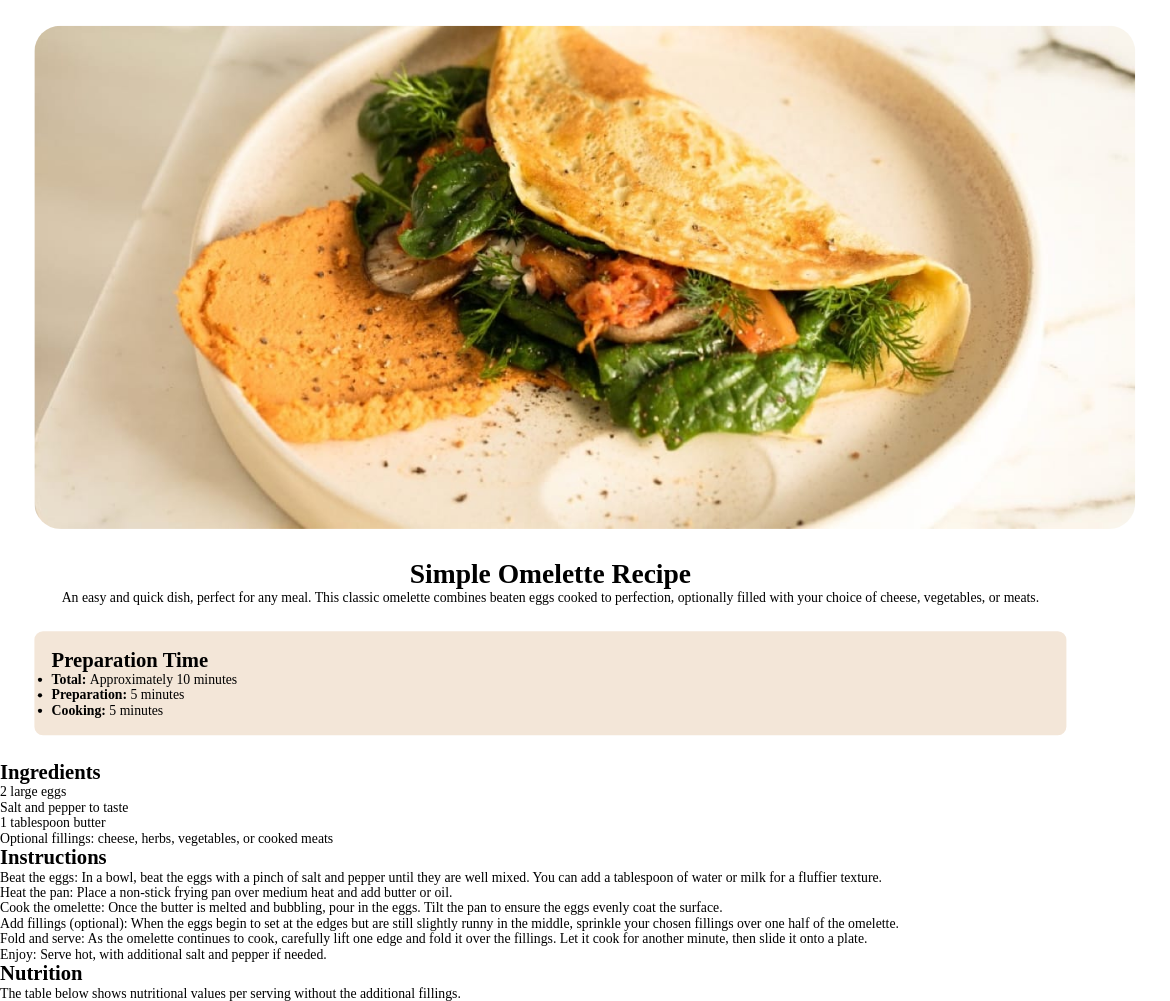
Repository: akbasliogulcan/omletterecipe
Page: index.html
These files come from the project's save history. The page is drawn as it stood at one moment and after the next save; the edit follows.
The browser window is 1280 px wide. The page is 1360 px wide, so the pictures cover 1360 px, including what lies to the right of the window. The pictures show the whole page, at 86% of full size.

Above is the page before, as saved 2025-07-20 17:39:15.

### index.html
<!DOCTYPE html>
<html lang="en">

<head>
  <meta charset="UTF-8">
  <meta name="viewport" content="width=device-width, initial-scale=1.0">
  <title>simple omelette recipe</title>
  <link rel="stylesheet" href="style.css">
</head>

<body>

  <div class="simple">
    <div class="add">
      <div class="omelette"> <img src="./assets/images/image-omelette.jpeg" alt="omlette-icon">
        <h1> Simple Omelette Recipe</h1>
        <p>An easy and quick dish, perfect for any meal. This classic omelette combines beaten eggs cooked
          to perfection, optionally filled with your choice of cheese, vegetables, or meats.
        </p>
      </div>

      <div class="preparation">
        <h2>Preparation Time</h2>
        <ul>
          <li> <span>Total: </span>Approximately 10 minutes
          </li>
          <li> <span>Preparation: </span>5 minutes</li>
          <li> <span>Cooking: </span>5 minutes</li>

        </ul>
      </div>

      <div class="ingredients">
        <h2>Ingredients</h2>
        <ul>
          <li>2 large eggs</li>
          <li>Salt and pepper to taste</li>
          <li>1 tablespoon butter</li>
          <li>Optional fillings: cheese, herbs, vegetables, or cooked meats</li>
        </ul>
      </div>
      <div class="seperation"></div>

      <div class="instructions">
        <h2>Instructions</h2>
        <ol>
          <li><span>Beat the eggs: </span>In a bowl, beat the eggs with a pinch of salt and pepper until they are well
            mixed.
            You can add a tablespoon of water or milk for a fluffier texture.</li>
          <li><span>Heat the pan: </span>Place a non-stick frying pan over medium heat and add butter or oil.
          </li>
          <li>
            <span>Cook the omelette: </span>Once the butter is melted and bubbling, pour in the eggs. Tilt the pan to
            ensure
            the eggs evenly coat the surface.
          </li>
          <li>
            <span></span>Add fillings (optional): </span>When the eggs begin to set at the edges but are still slightly
            runny in the
            middle, sprinkle your chosen fillings over one half of the omelette.
          </li>
          <li>
            <span> Fold and serve:</span>
            As the omelette continues to cook, carefully lift one edge and fold it over the
            fillings. Let it cook for another minute, then slide it onto a plate.
          </li>
          <li><span> Enjoy:</span> Serve hot, with additional salt and pepper if needed.
          </li>
        </ol>
      </div>
      <div class="seperation"></div>

      <div class="nutrition">
        <div>
          <h2>Nutrition</h2>
          <p> The table below shows nutritional values per serving without the additional fillings.
          </p>
        </div>
      </div>
    </div>
  </div>



</body>

</html>

### style.css
* {
  margin: 0;
  padding: 0;
  box-sizing: border-box;
}

.omelette img {
  max-width: 100%;
  height: auto;
  border-radius: 30px;
  margin: 30px 40px;
}
.omelette h1 {
  text-align: center;
}
.omelette p {
  text-align: center;
}

.preparation {
  background-color: hsl(30, 54%, 90%);
  padding: 20px;
  border-radius: 10px;
  margin: 30px 40px;
}
.preparation span {
  font-weight: bold;
}

.simple {
  background-color: hsl(30, 54%, 90%);
}

.add {
  background-color: white;
  display: block;
}

After the next save:
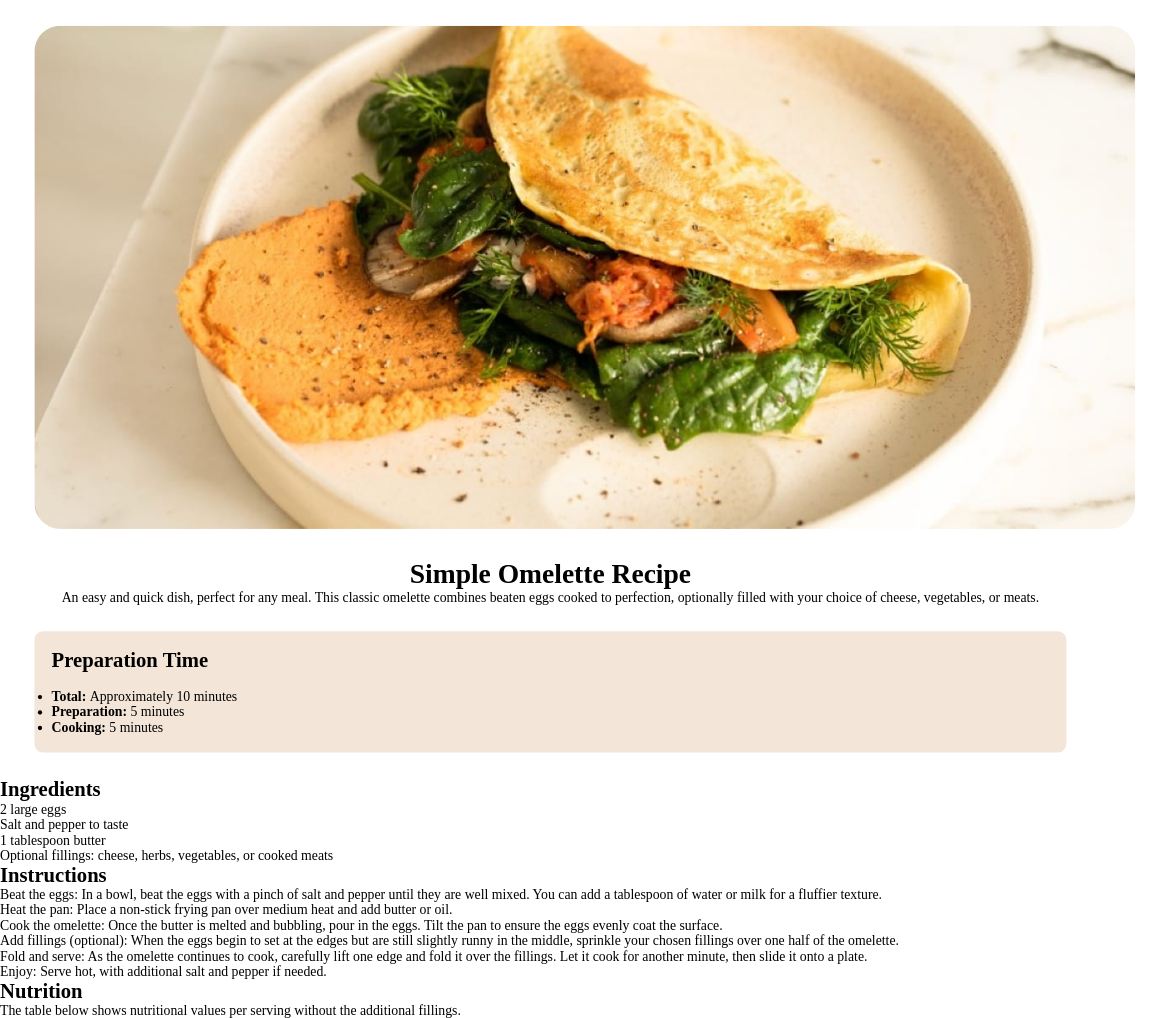
Saved 37 s later.
--- a/style.css
+++ b/style.css
@@ -23,6 +23,9 @@
   border-radius: 10px;
   margin: 30px 40px;
 }
+.preparation h2 {
+  margin-bottom: 20px;
+}
 .preparation span {
   font-weight: bold;
 }
